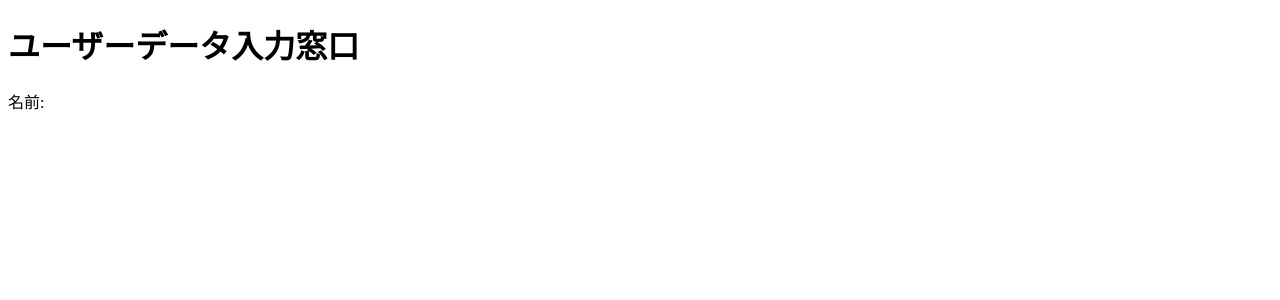
Repository: isopets/next-market
Page: form2.html
These files come from the project's save history. The page is drawn as it stood at one moment and after a run of saves; the edit follows.
The browser window is 1280 px wide. The pictures show the whole page.

Above is the page before, as saved 2022-06-08 00:47:55.

After the next 4 saves:
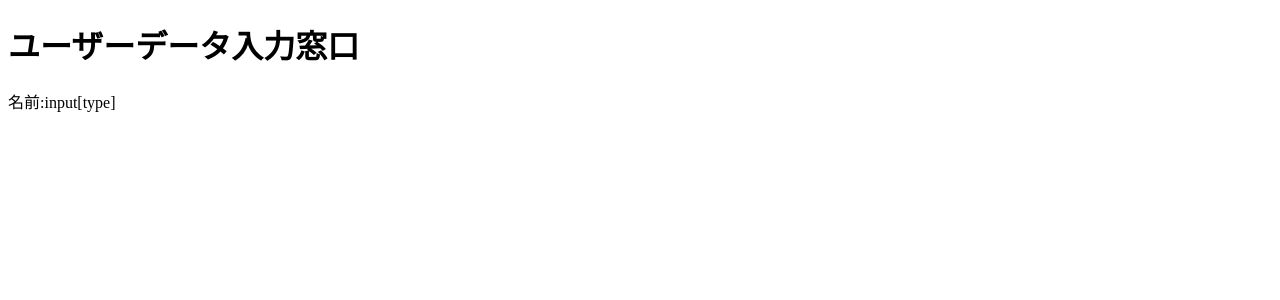
The 4 saves are shown as one change because they came seconds apart.
The last was saved 12 s later.
--- a/form2.html
+++ b/form2.html
@@ -11,7 +11,7 @@
 <body>
     <h1>ユーザーデータ入力窓口</h1>
     <form action="http://localhost:3000/api/user/register" method="POST">
-        名前:
+        名前:input[type]
     </form>
 </body>
 
